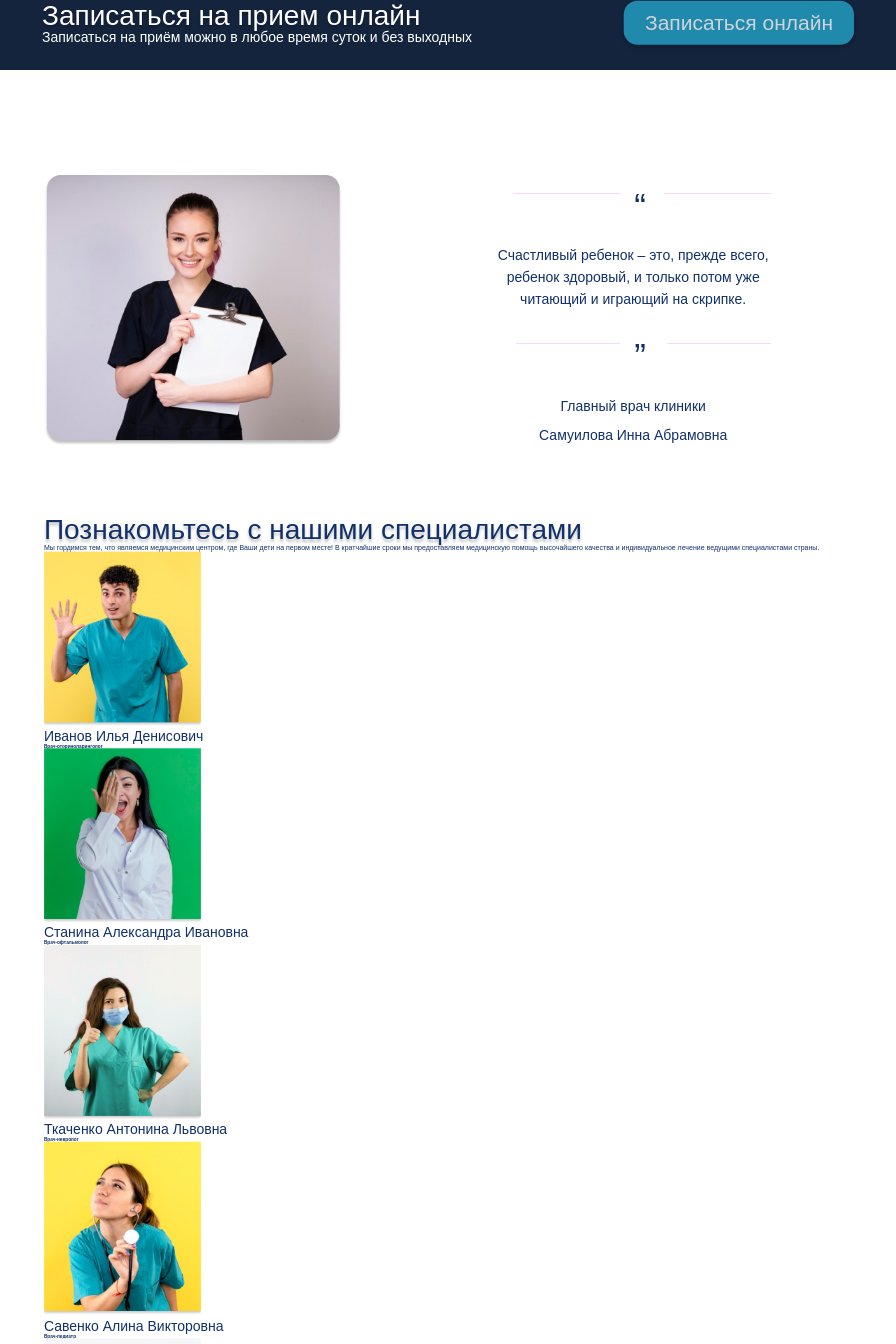
Repository: Normandy72/Landing-Page-Happy-Child
Page: index.html
The author's editor kept a copy of each file at every save. The page is drawn from the files as they stood at one save, then again after the next save.
The browser window is 1280 px wide. The pictures show the part of the page from y = 2700 to 4620 px (the page is 8087 px tall before and 8118 px after), at 70% of full size.
Some web fonts or font styles are not loaded; a fallback is used.

Above is the page before, as saved 2022-11-12 14:39:18.

After the next save:
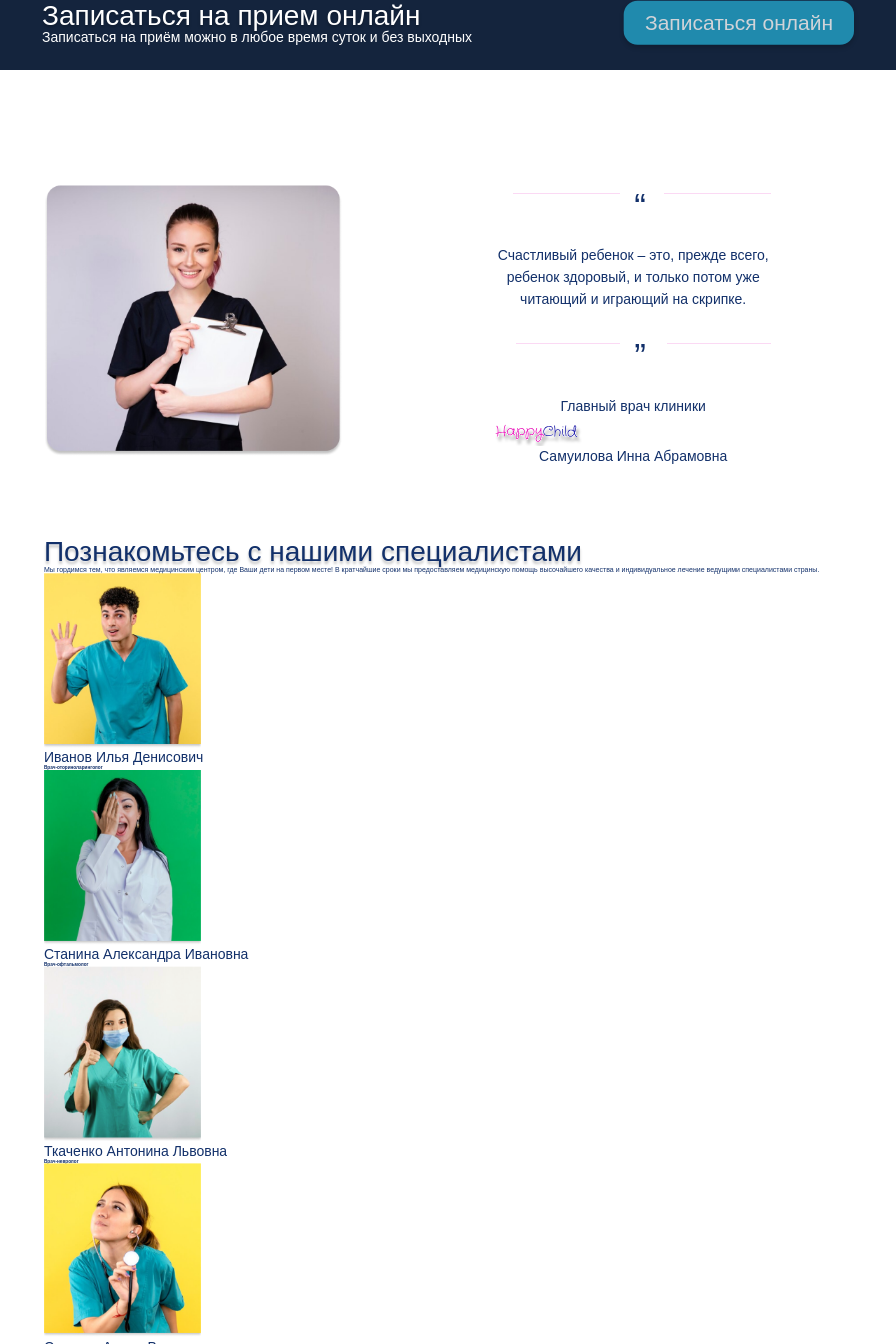
Saved 37 s later.
--- a/styles/section_chief.css
+++ b/styles/section_chief.css
@@ -50,5 +50,7 @@
 
 .chief__logo{
     background-image: url(../resources/icon/HappyChild_small.svg);
-
+    background-repeat: no-repeat;
+    width: 136px;
+    height: 31px;
 }
